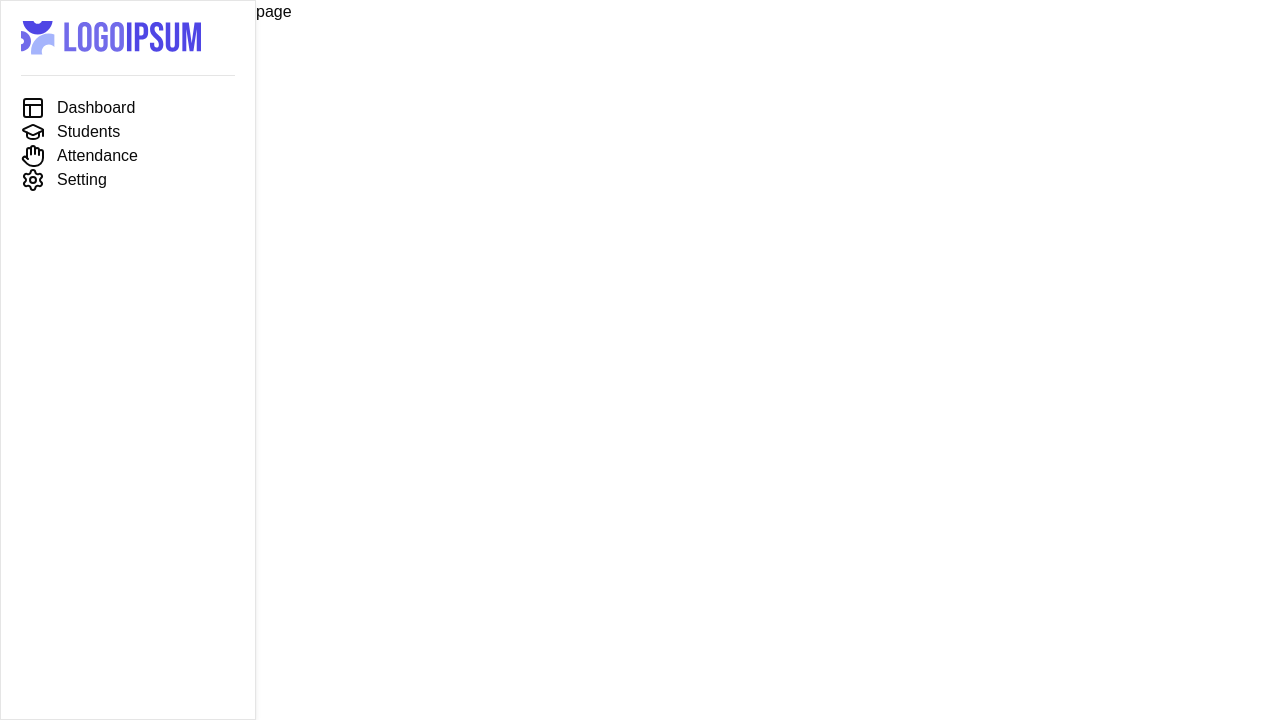
Repository: Essam-iut/SPT
Page: /dashboard
These files come from the project's save history. The page is drawn as it stood at one moment and after a run of saves; the edit follows.
The browser window is 1280 px wide. The pictures show the whole page.
The project was rebuilt for these pictures with package versions that can differ from the ones it lists, and the page was loaded fresh each time. The framework's server and built-in components were replaced by stand-ins that run in the browser. Also part of the build but not shown: next.config.mjs.

Above is the page before, as saved 2024-11-11 15:11:44.

### app/layout.js
import localFont from "next/font/local";
import "./globals.css";
import { ThemeProvider } from "./ThemeProvider";
const geistSans = localFont({
  src: "./fonts/GeistVF.woff",
  variable: "--font-geist-sans",
  weight: "100 900",
});
const geistMono = localFont({
  src: "./fonts/GeistMonoVF.woff",
  variable: "--font-geist-mono",
  weight: "100 900",
});

export const metadata = {
  title: "Create Next App",
  description: "Generated by create next app",
};

export default function RootLayout({ children }) {
  return (
    <html lang="en">
      <body
        className={`${geistSans.variable} ${geistMono.variable} antialiased`}
      >
        <ThemeProvider
          attribute="class"
          defaultTheme="system"
          enableSystem
          disableTransitionOnChange
        >
          {children}
        </ThemeProvider>
      </body>
    </html>
  );
}

### app/dashboard/layout.js
import React from "react";
import SideNav from "./_component/SideNav";

function layout({ children }) {
  return (
    <div>
      <div className="w-64 fixed md:block"><SideNav/></div>
      <div className="md:ml-64">{children}</div>
    </div>
  );
}

export default layout;

### app/dashboard/page.js
"use client"
import React from 'react'
import { useTheme } from 'next-themes'
import { useEffect } from 'react'
function dashboard() {
    const { setTheme } = useTheme()

    useEffect(() =>{
        setTheme('light')
    },[])

  return (
    <div>page</div>
  )
}

export default dashboard

### app/dashboard/_component/SideNav.jsx
import { GraduationCap, Hand, LayoutIcon, Settings, SettingsIcon } from "lucide-react";
import Image from "next/image";
import React from "react";

function SideNav() {
  const menuList = [
    {
      id: 1,
      name: "Dashboard",
      icon: LayoutIcon,
      Path: "/dashboard"
    },
    {
      id: 2,
      name: "Students",
      icon: GraduationCap,
      Path: "/dashboard/students"
    },
    {
      id: 3,
      name: "Attendance",
      icon: Hand,
      Path: "/dashboard/attendance"
    },
    {
      id: 4,
      name: "Setting",
      icon: Settings,
      Path: "/dashboard/settings"
    }
  ]
  return (
    <div className="border shadow-md h-screen p-5">
      <Image src={"/logo.svg"}
      width={180}
      height={50}
       alt="logo" />
       <hr className="my-5"></hr>
       {menuList.map((menu, index) => (
        <h2 className="flex items-center gap-3 txt">
          <menu.icon/>
          {menu.name}
        </h2>
       ))}


    </div>
  );
}

export default SideNav;

### tailwind.config.js
/** @type {import('tailwindcss').Config} */
module.exports = {
    darkMode: ["class"],
    content: [
    "./pages/**/*.{js,ts,jsx,tsx,mdx}",
    "./components/**/*.{js,ts,jsx,tsx,mdx}",
    "./app/**/*.{js,ts,jsx,tsx,mdx}",
  ],
  theme: {
  	extend: {
  		colors: {
  			background: 'hsl(var(--background))',
  			foreground: 'hsl(var(--foreground))',
  			card: {
  				DEFAULT: 'hsl(var(--card))',
  				foreground: 'hsl(var(--card-foreground))'
  			},
  			popover: {
  				DEFAULT: 'hsl(var(--popover))',
  				foreground: 'hsl(var(--popover-foreground))'
  			},
  			primary: {
  				DEFAULT: '#4845D2',
  				foreground: 'hsl(var(--primary-foreground))'
  			},
  			secondary: {
  				DEFAULT: 'hsl(var(--secondary))',
  				foreground: 'hsl(var(--secondary-foreground))'
  			},
  			muted: {
  				DEFAULT: 'hsl(var(--muted))',
  				foreground: 'hsl(var(--muted-foreground))'
  			},
  			accent: {
  				DEFAULT: 'hsl(var(--accent))',
  				foreground: 'hsl(var(--accent-foreground))'
  			},
  			destructive: {
  				DEFAULT: 'hsl(var(--destructive))',
  				foreground: 'hsl(var(--destructive-foreground))'
  			},
  			border: 'hsl(var(--border))',
  			input: 'hsl(var(--input))',
  			ring: 'hsl(var(--ring))',
  			chart: {
  				'1': 'hsl(var(--chart-1))',
  				'2': 'hsl(var(--chart-2))',
  				'3': 'hsl(var(--chart-3))',
  				'4': 'hsl(var(--chart-4))',
  				'5': 'hsl(var(--chart-5))'
  			}
  		},
  		borderRadius: {
  			lg: 'var(--radius)',
  			md: 'calc(var(--radius) - 2px)',
  			sm: 'calc(var(--radius) - 4px)'
  		}
  	}
  },
  plugins: [require("tailwindcss-animate")],
};

Loaded but not shown: app/globals.css (common file); app/ThemeProvider.js (common file)

After the next 3 saves:
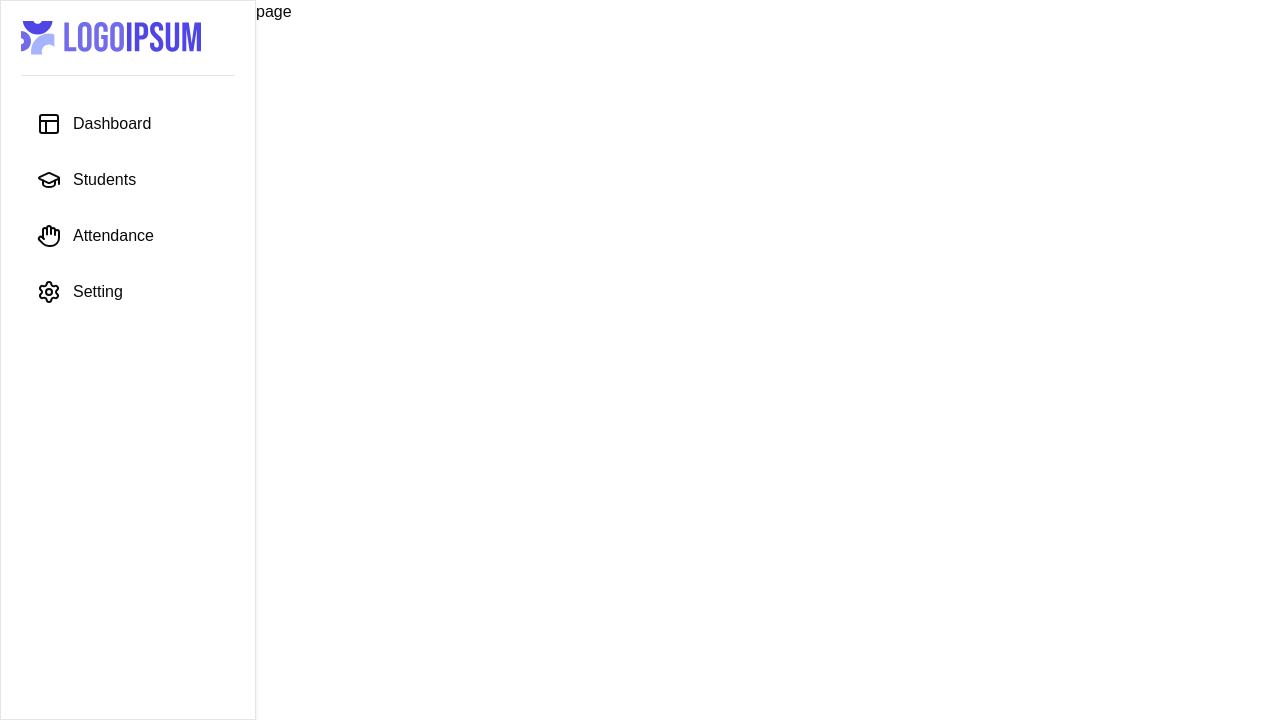
The 3 saves are shown as one change because they came seconds apart.
The last was saved 9 s later.
--- a/app/dashboard/_component/SideNav.jsx
+++ b/app/dashboard/_component/SideNav.jsx
@@ -37,7 +37,7 @@ function SideNav() {
        alt="logo" />
        <hr className="my-5"></hr>
        {menuList.map((menu, index) => (
-        <h2 className="flex items-center gap-3 txt">
+        <h2 className="flex items-center gap-3 text-md p-4">
           <menu.icon/>
           {menu.name}
         </h2>
